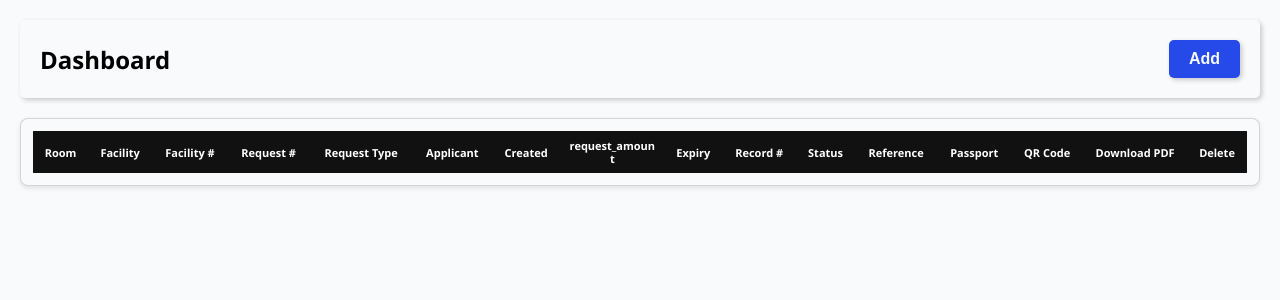
Repository: irfan-shah-sherani/Travel-Tour
Page: public/index.html
These files come from the project's save history. The page is drawn as it stood at one moment and after the next save; the edit follows.
The browser window is 1280 px wide. The pictures show the whole page.
The page's requests for data from a server got no answer.

Above is the page before, as saved 2025-07-11 04:51:41.

### public/index.html
<!DOCTYPE html>
<html lang="en">

<head>
  <meta charset="UTF-8" />
  <meta name="viewport" content="width=device-width, initial-scale=1.0" />
  <title>Dashboard</title>
  <link rel="stylesheet" href="index.css" />
  <!-- <link
      rel="stylesheet"
      href="/public/Dashboard.css"
      integrity="sha512-..."
      crossorigin="anonymous"
      referrerpolicy="no-referrer"
    /> -->
</head>

<body>
  <main>
    <!-- main content -->
    <div class="main-content">
      <!-- TOP-nav -->
      <nav class="main-nav">
        <div class="page-name">
          <i class="fas fa-bars"></i>
          <p>Dashboard</p>
        </div>
        <div class="button">
          <button id="addPersonBtn">Add</button>
        </div>
      </nav>

      <!-- main content  end -->
      <div class="table-container">
        <table>
          <tr>
            <th>Room</th>
          <th>Facility</th>
          <th>Facility #</th>
          <th>Request #</th>
          <th>Request Type</th>
          <th>Applicant</th>
          <th>Created</th>
          <th>request_amount</th>
          <th>Expiry</th>
          <th>Record #</th>
          <th>Status</th>
          <th>Reference</th>
          <th>Passport</th>
          <th>QR Code</th>
          <th>Download PDF</th>
          <th>Delete</th>
          </tr>
          <tbody id="person-table-body">
            <!-- JS will populate this -->
          </tbody>
        </table>

        <!-- ✅ Place script here -->
        <script>
  fetch("/api/")
    .then((res) => res.json())
    .then((data) => {
      const tbody = document.getElementById("person-table-body");
      tbody.innerHTML = "";
      data.forEach((record) => {
        const tr = document.createElement("tr");
        tr.innerHTML = `
          <td>${record.record_id}</td>
          <td>${record.room_name}</td>
          <td>${record.facility_name}</td>
          <td>${record.facility_number}</td>
          <td>${record.request_number}</td>
          <td>${record.request_type}</td>
          <td>${record.applicant_name}</td>
          <td>${record.creation_date}</td>
          <td>${record.request_amount}</td>
          <td>${record.expiry_date}</td>
          <td>${record.record_number}</td>
          <td>${record.request_status}</td>
          <td>${record.reference_number}</td>
          <td>${record.passport_number}</td>
          <td>${record.qrcode_url ? `<img src="${record.qrcode_url}" class="qr-img" alt="QR Code">` : "No QR"}</td>
          <td>
            <a href="/api/download-pdf?token=${record.qr_token}">
              <button type="button">Download PDF</button>
            </a>
          </td>
          <td>
            <form action="/delete/${record.qr_token}" method="POST" onsubmit="return confirm('Are you sure you want to delete this record?');">
              <button type="submit">Delete</button>
            </form>
          </td>
        `;

                tbody.appendChild(tr);
              });
            });
        </script>
        </table>
      </div>

      <!-- Trigger Button OUTSIDE -->
      <!-- Add Room Form (initially hidden in CSS or JS) -->
      <div class="add-new add-new-person">
        <h2 class="form-title">Add New Person</h2>
        <form class="person-form" action="/" method="POST">
          <div class="inputForm">
            <!-- Left Side -->
            <div class="left-side">
              <div class="form-group">
                <label for="room_number">Room No </label>
                <input type="text" id="room_number" name="room_number" required />
              </div>

              <div class="form-group">
                <label for="facility_name">Facility Name </label>
                <input type="text" id="facility_name" name="facility_name" required />
              </div>

              <div class="form-group">
                <label for="facility_number">Facility number </label>
                <input type="text" id="facility_number" name="facility_number" required />
              </div>

              <div class="form-group">
                <label for="request_number">Request number </label>
                <input type="number" id="request_number" name="request_number" step="0.01" required />
              </div>

              <div class="form-group">
                <label for="request_type">Request Type</label>
                <input type="text" id="request_type" name="request_type" required />
              </div>
            </div>

            <!-- Center Side -->
            <div class="center-side">
              <div class="form-group">
                <label for="applicant">Applicant</label>
                <input type="text" id="applicant" name="applicant" />
              </div>

              <div class="form-group">
                <label for="created">Created</label>
                <input type="text" id="created" name="created" />
              </div>

              <div class="form-group">
                <label for="amount">Amount</label>
                <input type="text" id="amount" name="amount" />
              </div>

              <div class="form-group">
                <label for="expiry">Expiry</label>
                <input type="text" id="expiry" name="expiry" />
              </div>

              <div class="form-group">
                <label for="record_number">Record number</label>
                <input type="text" id="record_number" name="record_number" />
              </div>
            </div>

            <!-- Right Side -->
            <div class="right-side">
              <div class="form-group">
                <label for="status">Status</label>
                <input type="text" id="status" name="status" />
              </div>

              <div class="form-group">
                <label for="reference_number">Reference number</label>
                <input type="text" id="reference_number" name="reference_number" />
              </div>

              <div class="form-group">
                <label for="passport_number">Passport number</label>
                <input type="text" id="passport_number" name="passport_number" />
              </div>

            </div>
          </div>

          <div class="button-group">
            <button type="button" class="cancelbtn">Cancel</button>
            <button type="submit" class="submit-person-btn">Add Person</button>
          </div>
        </form>
      </div>

    </div>
  </main>
  <script src="index.js"></script>
</body>

</html>

### public/index.css
* {
  margin: 0;
  padding: 0;
  box-sizing: border-box;
}
:root {
  --primary-gradient: linear-gradient(135deg, #667eea 0%, #764ba2 100%);
  --card-shadow: 0 4px 6px rgba(0, 0, 0, 0.1);
  --card-hover-shadow: 0 8px 15px rgba(0, 0, 0, 0.2);
}
body {
  font-family: "Segoe UI", Tahoma, Geneva, Verdana, sans-serif;
  background-color: #f8fafc;
}
main {
  display: flex;
  /* display: flex; */
}
/* .sidebar {
  position: fixed;
  display: flex;
  align-items: center;
  flex-direction: column;
  width: 250px;
  height: 100vh;
  padding: 20px;
  background: var(--primary-gradient);
  border-radius: 10px 0px 0px 10px;
  color: #f8fafc;
}
.cross-icon {
  display: none;
  justify-content: right;
  color: #f8fafc;
  font-size: 2rem;
  cursor: pointer;
}
.logo {
  display: flex;
  align-items: center;
  gap: 10px;
  margin-bottom: 10px;
  border-bottom: 1px solid rgba(255, 255, 255, 1);
  padding-bottom: 20px;
}
.logo p {
  font-size: 24px;
  font-weight: 600;
}
.sidebar img {
  display: block;
  width: 50px;
  height: 50px;
  object-fit: cover;
  object-position: center;
  border-radius: 5px;
}
.logo hr {
  width: 100px;
  height: 2px;
  color: rgba(255, 255, 255, 0.1);
}
.links ul li {
  list-style: none;
  margin: 5px;
}
.links ul li a {
  display: flex;
  padding-left: 20px;
  align-items: center;
  width: 200px;
  height: 50px;
  text-decoration: none;
  gap: 10px;
  border-radius: 10px;
  transition: all 0.3s ease;
  color: rgba(255, 255, 255, 0.85);
}
.links ul li a:hover {
  background-color: rgba(255, 255, 255, 0.1);
  transform: translateX(5px);
}
.links ul li a.active {
  background-color: rgba(255, 255, 255, 0.1);
  transform: translateX(5px);
} */
/* main content */
.main-content {
  display: flex;
  /* margin-left: 250px; */
  flex-direction: column;
  background-color: #f8fafc;
  width: 100%;
  padding: 20px;
  gap: 20px;
}
.main-content nav {
  display: flex;
  justify-content: space-between;
  align-items: center;
  border-radius: 5px;
  width: 100%;
  background-color: #f8fafc;
  padding: 20px;
  box-shadow: 2px 2px 5px rgba(0, 0, 0, 0.2);
}
.page-name {
  display: flex;
  align-items: center;
  gap: 10px;
}
.page-name p {
  font-size: 24px;
  font-weight: 600;
}
.page-name i {
  display: none;
  cursor: pointer;
  font-size: 24px;
  font-weight: 600;
}
.button {
  display: flex;
  align-items: center;
  gap: 10px;
}
.button button {
  padding: 10px 20px;
  border-radius: 5px;
  border: none;
  background-color: #264ae9;
  color: #f8fafc;
  font-size: 16px;
  font-weight: 600;
  box-shadow: 2px 2px 5px rgba(0, 0, 0, 0.2);
  cursor: pointer;
  transition: all 0.05s ease-in-out;
}
.button button:hover {
  transform: translateY(2px);
}

/* table */
/* General Table Styling */
.table-container {
  width: 100%;
  overflow-x: auto;
  background-color: #f8fafc;
  border-radius: 8px;
  border: 1px solid rgba(0, 0, 0, 0.15);
  box-shadow: 0 2px 5px rgba(0, 0, 0, 0.1);
  padding: 12px;
  box-sizing: border-box;
}

/* Table Reset */
table {
  width: 100%;
  border-collapse: collapse;
  font-size: 11px;
  table-layout: auto;
}

/* Table Header */
.table-container table th {
  background-color: #111;
  color: #fff;
  font-weight: 600;
  font-size: 11px;
  padding: 8px;
  text-align: center;
  vertical-align: middle;
  white-space: normal;
  line-height: 1.2;
  word-break: break-word;
}

/* Force words like "Request Number" to wrap into 2 lines */
.table-container table th {
  max-width: 90px;
}

/* Table Body */
.table-container table td {
  white-space: nowrap;
  text-align: center;
  vertical-align: middle;
  padding: 8px 6px;
}

/* Row Hover Effect */
.table-container table tr:hover {
  background-color: #e2e8f0;
  transition: background-color 0.2s;
}

/* Button Styling */
.btn {
  padding: 4px 8px;
  font-size: 10px;
  border-radius: 4px;
  border: none;
  cursor: pointer;
  transition: 0.2s;
}

/* Delete Button */
.delete-form {
  border: 1px solid #ef4444;
  color: #ef4444;
  background: transparent;
}
.delete-form:hover {
  background-color: #fee2e2;
}

/* Download Button (optional styling) */
.download-btn {
  background-color: #2563eb;
  color: white;
  border: none;
}
.download-btn:hover {
  background-color: #1d4ed8;
}

.add-new {
  display: none;
  width: 80%;
  max-height: 90vh; /* limit height */
  overflow-y: auto;  /* enable scroll if content too tall */
  position: absolute;
  top: 50%;
  left: 50%;
  transform: translate(-50%, -50%);
  background-color: white;
  padding: 20px;
  border-radius: 8px;
  box-shadow: 0 0 10px rgba(0, 0, 0, 0.5);
  font-family: Arial, sans-serif;
  z-index: 10;
}

.form-title {
  font-size: 24px;
  font-weight: 600;
  margin-bottom: 10px;
}

/* Reduce spacing */
.person-form {
  display: flex;
  flex-direction: column;
  gap: 10px;
}

.inputForm {
  display: flex;
  justify-content: space-between;
  gap: 20px;
}

/* Equal columns */
.left-side,
.center-side,
.right-side {
  flex: 1;
}
label {
  font-size: 14px;
  font-weight: 500;
  margin-bottom: 5px;
}
/* Compact input spacing */
.form-group {
  display: flex;
  flex-direction: column;
  margin-bottom: 10px;
}

input,
textarea,
select {
  padding: 5px;
  font-size: 16px;
}

/* Buttons */
.button-group {
  display: flex;
  justify-content: flex-end;
  gap: 10px;
  margin-top: 0px;
}

button {
  padding: 8px;
  font-size: 13px;
  border: none;
  border-radius: 5px;
  cursor: pointer;
}

.cancel-person-btn {
  background-color: #6c757d;
  color: white;
}

.submit-person-btn {
  background-color: #007bff;
  color: white;
}

/* Responsive */
@media (max-width: 768px) {
  .inputForm {
    flex-direction: column;
  }

  .left-side,
  .center-side,
  .right-side {
    width: 100%;
  }
}
.qr-img {
  width: 30px;
  height: 30px;
  object-fit: contain;
  display: block;
}

### public/index.js
const addPersonBtn = document.getElementById("addPersonBtn");
const addNewPerson = document.querySelector(".add-new");
const cancelPersonBtn = document.querySelector(".cancelbtn");
const submitPersonBtn = document.querySelector(".submit-person-btn");

addPersonBtn?.addEventListener("click", () => {
  addNewPerson.style.display = "block";
});

cancelPersonBtn?.addEventListener("click", () => {
  addNewPerson.style.display = "none";
});

submitPersonBtn?.addEventListener("click", () => {
  addNewPerson.style.display = "none";
});

After the next save:
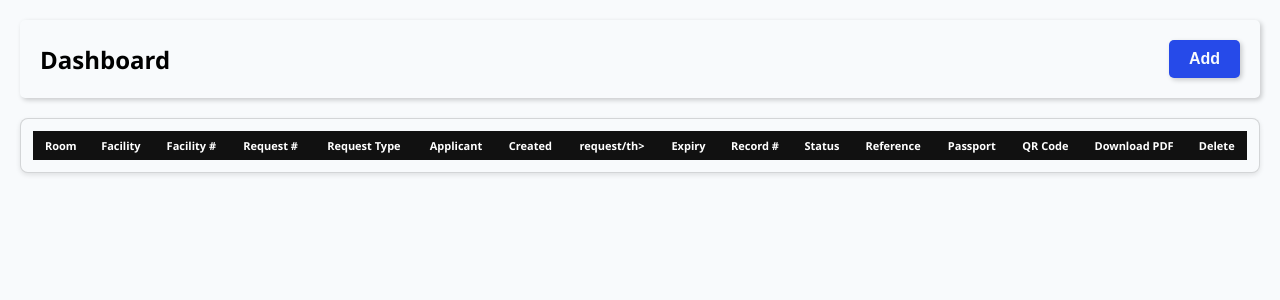
Saved 12 s later.
--- a/public/index.html
+++ b/public/index.html
@@ -41,7 +41,7 @@
           <th>Request Type</th>
           <th>Applicant</th>
           <th>Created</th>
-          <th>request_amount</th>
+          <th>request/th>
           <th>Expiry</th>
           <th>Record #</th>
           <th>Status</th>

After the 5 saves that followed:
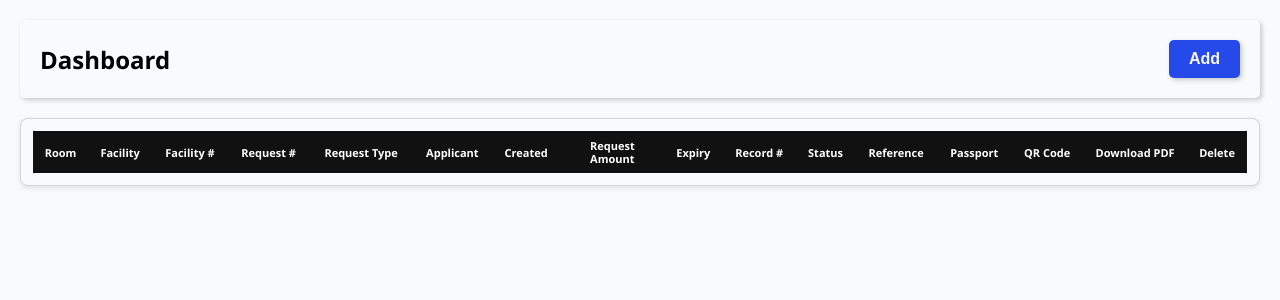
The 5 saves are shown as one change because they came seconds apart.
The last was saved 14 s later.
--- a/public/index.html
+++ b/public/index.html
@@ -41,7 +41,7 @@
           <th>Request Type</th>
           <th>Applicant</th>
           <th>Created</th>
-          <th>request/th>
+          <th>Request Amount</th>
           <th>Expiry</th>
           <th>Record #</th>
           <th>Status</th>
